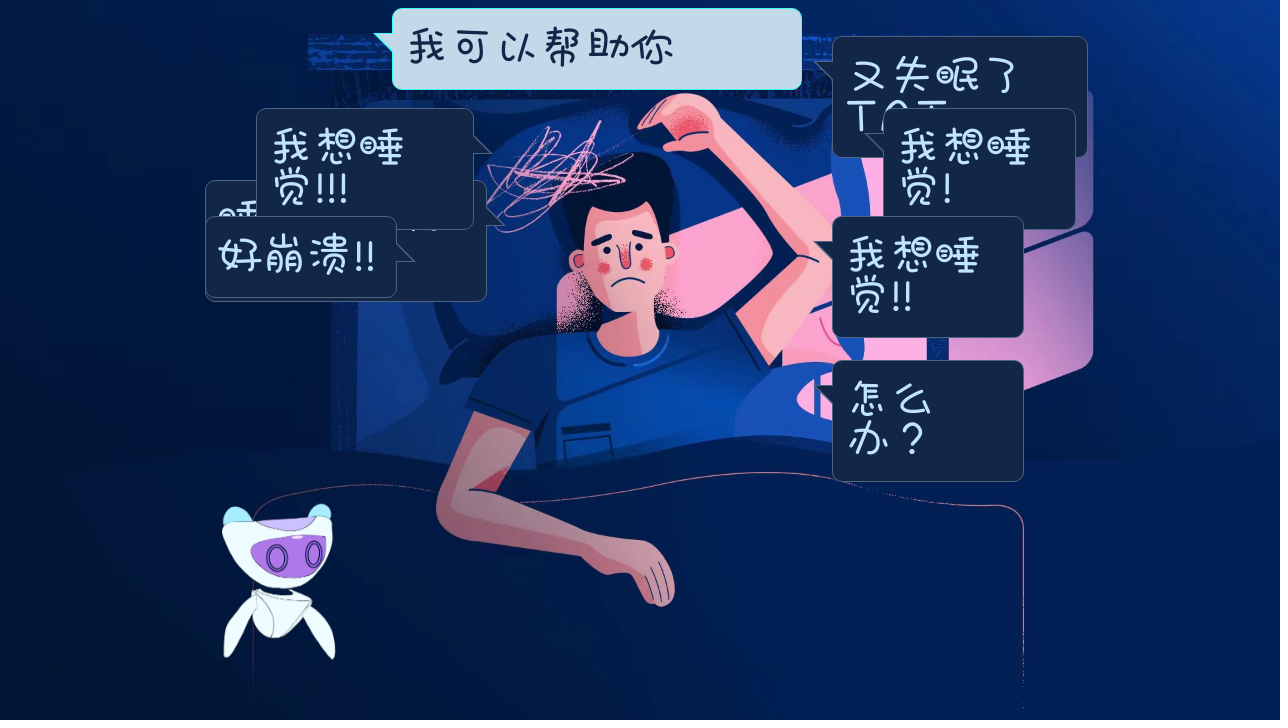
Repository: chjyume/zhongyi
Page: index2.html
An editor plug-in stored every save of this project. The page is shown before and after the next save, followed by the edit.
The browser window is 1280 px wide. The page is 1288 px wide, so the pictures cover 1288 px, including what lies to the right of the window. The pictures show the whole page.

Above is the page before, as saved 2023-06-27 09:12:06.

After the next save:
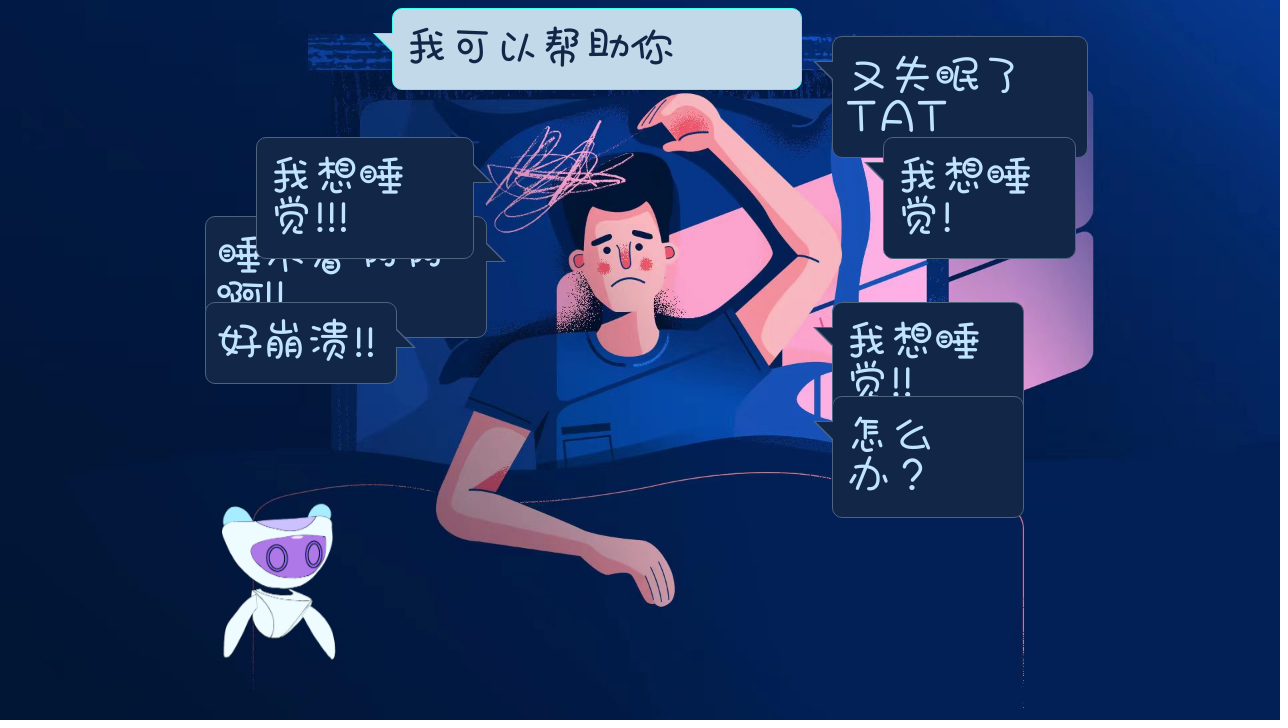
Saved 78 s later.
--- a/css/index2.css
+++ b/css/index2.css
@@ -78,22 +78,22 @@
     animation: bubble 2s linear 0s 1 normal forwards;
   }
   #text2{
-    top: calc(15%);
+    top: calc(19%);
     margin-left: calc(4%);
     animation: bubble 2s linear 1.5s 1 normal forwards;
   }
   #text3{
-    top: calc(25%);
+    top: calc(30%);
     margin-right: calc(2%);
     animation: bubble 2s linear 1s 1 normal forwards;
   }
   #text4{
-    top: calc(30%);
+    top: calc(42%);
     margin-right: calc(3%);
     animation: bubble 2s linear 2s 1 normal forwards;
   }
   #text5{
-    top: calc(50%);
+    top: calc(55%);
     margin-right: calc(3%);
     animation: bubble 2s linear 2.5s 1 normal forwards;
   }
